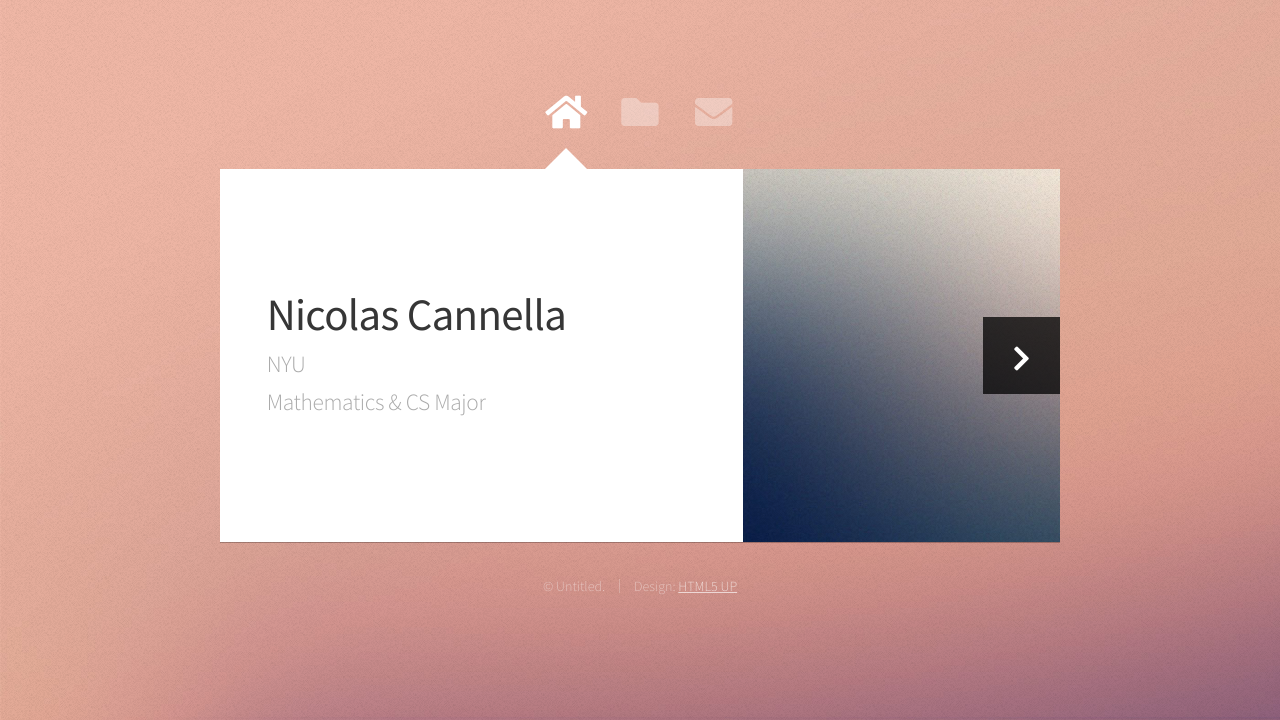
Repository: Lunarros/personal-website
Page: index.html
An editor plug-in stored every save of this project. The page is shown before and after the next save, followed by the edit.
The browser window is 1280 px wide. The pictures show the whole page.

Above is the page before, as saved 2024-07-26 02:28:02.

### index.html
<!DOCTYPE HTML>
<!--
	Astral by HTML5 UP
	html5up.net | @ajlkn
	Free for personal and commercial use under the CCA 3.0 license (html5up.net/license)
-->
<html>
	<head>
		<title>Astral by HTML5 UP</title>
		<meta charset="utf-8" />
		<meta name="viewport" content="width=device-width, initial-scale=1, user-scalable=no" />
		<link rel="stylesheet" href="assets/css/main.css" />
		<noscript><link rel="stylesheet" href="assets/css/noscript.css" /></noscript>
	</head>
	<body class="is-preload">

		<!-- Wrapper-->
			<div id="wrapper">

				<!-- Nav -->
					<nav id="nav">
						<a href="#" class="icon solid fa-home"><span>Home</span></a>
						<a href="#work" class="icon solid fa-folder"><span>Work</span></a>
						<a href="#contact" class="icon solid fa-envelope"><span>Contact</span></a>
					</nav>

				<!-- Main -->
					<div id="main">

						<!-- Me -->
							<article id="home" class="panel intro">
								<header>
									<h1>Nicolas Cannella</h1>
									<p>NYU</p>
									<p>Mathematics & CS Major</p>
									<p> </p>
								</header>
								<a href="#work" class="jumplink pic">
									<span class="arrow icon solid fa-chevron-right"><span>See my work</span></span>
									<img src="images/me.jpg" alt="" />
								</a>
							</article>

						<!-- Work -->
							<article id="work" class="panel">
								<header>
									<h2>Work</h2>
								</header>
								<p>
									Phasellus enim sapien, blandit ullamcorper elementum eu, condimentum eu elit.
									Vestibulum ante ipsum primis in faucibus orci luctus et ultrices posuere cubilia
									luctus elit eget interdum.
								</p>
								<section>
									<div class="row">
										<div class="col-4 col-6-medium col-12-small">
											<a href="#" class="image fit"><img src="images/pic01.jpg" alt=""></a>
										</div>
										<div class="col-4 col-6-medium col-12-small">
											<a href="#" class="image fit"><img src="images/pic02.jpg" alt=""></a>
										</div>
										<div class="col-4 col-6-medium col-12-small">
											<a href="#" class="image fit"><img src="images/pic03.jpg" alt=""></a>
										</div>
										<div class="col-4 col-6-medium col-12-small">
											<a href="#" class="image fit"><img src="images/pic04.jpg" alt=""></a>
										</div>
										<div class="col-4 col-6-medium col-12-small">
											<a href="#" class="image fit"><img src="images/pic05.jpg" alt=""></a>
										</div>
										<div class="col-4 col-6-medium col-12-small">
											<a href="#" class="image fit"><img src="images/pic06.jpg" alt=""></a>
										</div>
										<div class="col-4 col-6-medium col-12-small">
											<a href="#" class="image fit"><img src="images/pic07.jpg" alt=""></a>
										</div>
										<div class="col-4 col-6-medium col-12-small">
											<a href="#" class="image fit"><img src="images/pic08.jpg" alt=""></a>
										</div>
										<div class="col-4 col-6-medium col-12-small">
											<a href="#" class="image fit"><img src="images/pic09.jpg" alt=""></a>
										</div>
										<div class="col-4 col-6-medium col-12-small">
											<a href="#" class="image fit"><img src="images/pic10.jpg" alt=""></a>
										</div>
										<div class="col-4 col-6-medium col-12-small">
											<a href="#" class="image fit"><img src="images/pic11.jpg" alt=""></a>
										</div>
										<div class="col-4 col-6-medium col-12-small">
											<a href="#" class="image fit"><img src="images/pic12.jpg" alt=""></a>
										</div>
									</div>
								</section>
							</article>

						<!-- Contact -->
							<article id="contact" class="panel">
								<header>
									<h2>Contact Me</h2>
								</header>
								<form action="#" method="post">
									<div>
										<div class="row">
											<div class="col-6 col-12-medium">
												<input type="text" name="name" placeholder="Name" />
											</div>
											<div class="col-6 col-12-medium">
												<input type="text" name="email" placeholder="Email" />
											</div>
											<div class="col-12">
												<input type="text" name="subject" placeholder="Subject" />
											</div>
											<div class="col-12">
												<textarea name="message" placeholder="Message" rows="6"></textarea>
											</div>
											<div class="col-12">
												<input type="submit" value="Send Message" />
											</div>
										</div>
									</div>
								</form>
							</article>

					</div>

				<!-- Footer -->
					<div id="footer">
						<ul class="copyright">
							<li>&copy; Untitled.</li><li>Design: <a href="http://html5up.net">HTML5 UP</a></li>
						</ul>
					</div>

			</div>

		<!-- Scripts -->
			<script src="assets/js/jquery.min.js"></script>
			<script src="assets/js/browser.min.js"></script>
			<script src="assets/js/breakpoints.min.js"></script>
			<script src="assets/js/util.js"></script>
			<script src="assets/js/main.js"></script>

	</body>
</html>

Loaded but not shown: assets/css/fontawesome-all.min.css (library); assets/js/jquery.min.js (library); assets/js/browser.min.js (common file); assets/js/breakpoints.min.js (common file); assets/js/util.js (587 lines, source omitted); assets/js/main.js (212 lines, source omitted); assets/css/main.css (2191 lines, source omitted)

After the next save:
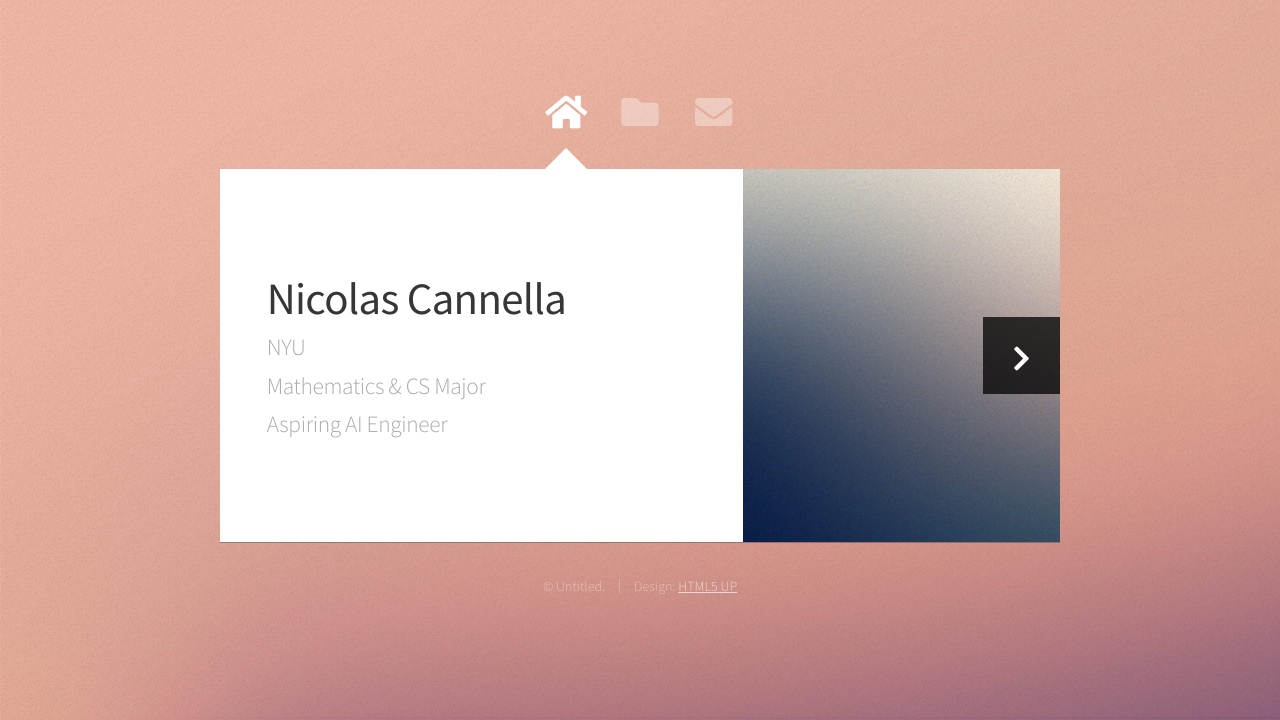
Saved 7 s later.
--- a/index.html
+++ b/index.html
@@ -33,7 +33,7 @@
 									<h1>Nicolas Cannella</h1>
 									<p>NYU</p>
 									<p>Mathematics & CS Major</p>
-									<p> </p>
+									<p>Aspiring AI Engineer </p>
 								</header>
 								<a href="#work" class="jumplink pic">
 									<span class="arrow icon solid fa-chevron-right"><span>See my work</span></span>
